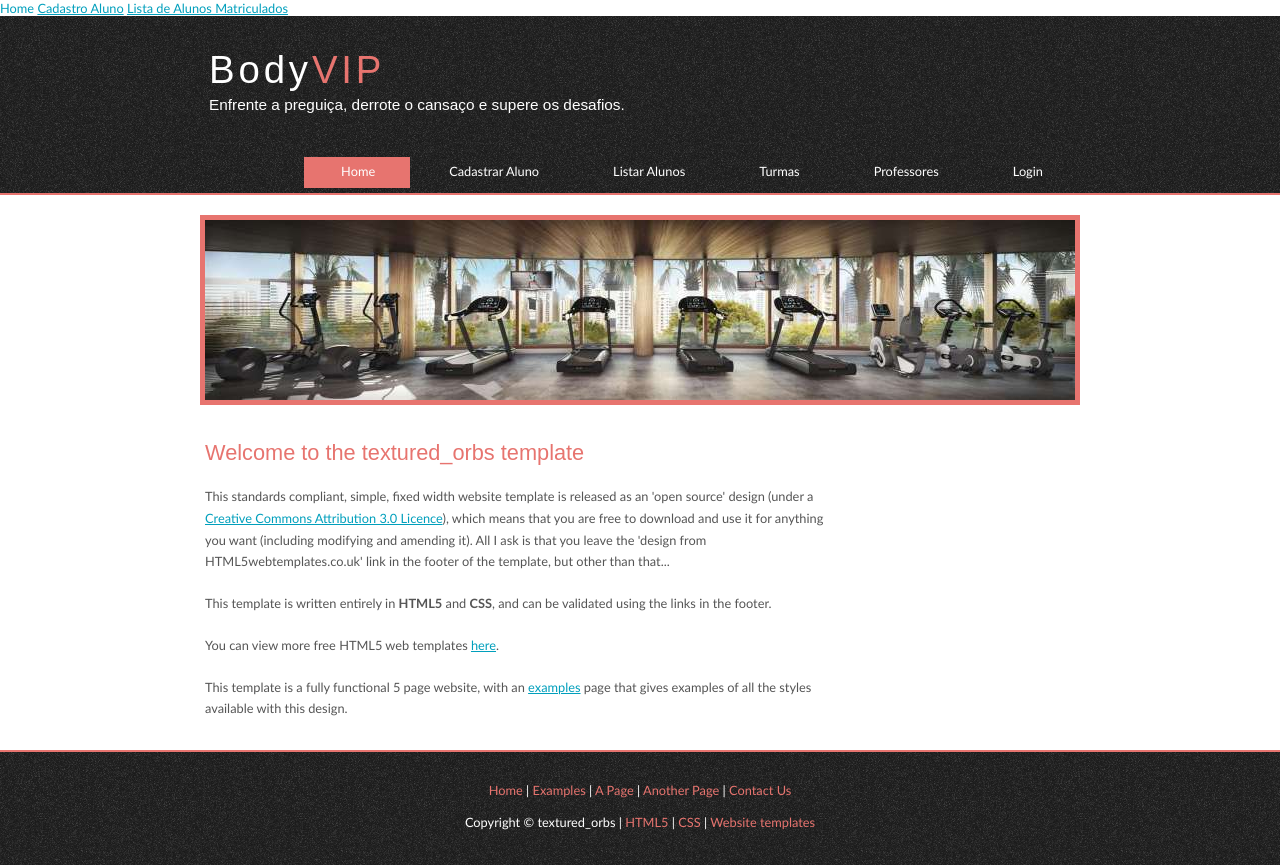
Repository: Thais-Ferreira/Projeto_bodyVIP
Page: http://localhost/BodyVIP/home.jsp
These files come from the project's save history. The page is drawn as it stood at one moment and after the next save; the edit follows.
The browser window is 1280 px wide. The pictures show the whole page.
The page is served by Tomcat 9. Other server files are loaded and not shown.

Above is the page before, as saved 2017-06-18 23:26:00.

### BodyVIP/WebContent/home.jsp
<%@ page language="java" contentType="text/html; charset=ISO-8859-1"
    pageEncoding="ISO-8859-1"%>
<!DOCTYPE html PUBLIC "-//W3C//DTD HTML 4.01 Transitional//EN" "http://www.w3.org/TR/html4/loose.dtd">
<html>
<head>
	<meta http-equiv="Content-Type" content="text/html; charset=ISO-8859-1">
	<link rel="stylesheet" type="text/css" href="css/style.css" />
	<title>Home</title>
</head>
<body>
	<jsp:include page="cabecalho.jsp"></jsp:include>
	<div id="main">
    <div id="header">
      <div id="logo">
        <div id="logo_text">
          <!-- class="logo_colour", allows you to change the colour of the text -->
          <h1><a href="index.html">Body<span class="logo_colour">VIP</span></a></h1>
          <h2>Enfrente a preguiça, derrote o cansaço e supere os desafios.</h2>
        </div>
      </div>
      <div id="menubar">
        <ul id="menu">
          <!-- put class="selected" in the li tag for the selected page - to highlight which page you're on -->
          <li class="selected"><a href="index.html">Home</a></li>
          <li><a href="AlunoController?acao=cadastro">Cadastrar Aluno</a></li>
          <li><a href="AlunoController?acao=buscaLista">Listar Alunos</a></li>
          <li><a href="page.html">Turmas</a></li>
          <li><a href="another_page.html">Professores</a></li>
          <li><a href="contact.html">Login</a></li>
        </ul>
      </div>
    </div>
    <div id="content_header"></div>
    <div id="site_content">
      <div id="banner"></div>

      <div id="content">
        <!-- insert the page content here -->
        <h1>Welcome to the textured_orbs template</h1>
        <p>This standards compliant, simple, fixed width website template is released as an 'open source' design (under a <a href="http://creativecommons.org/licenses/by/3.0">Creative Commons Attribution 3.0 Licence</a>), which means that you are free to download and use it for anything you want (including modifying and amending it). All I ask is that you leave the 'design from HTML5webtemplates.co.uk' link in the footer of the template, but other than that...</p>
        <p>This template is written entirely in <strong>HTML5</strong> and <strong>CSS</strong>, and can be validated using the links in the footer.</p>
        <p>You can view more free HTML5 web templates <a href="http://www.html5webtemplates.co.uk">here</a>.</p>
        <p>This template is a fully functional 5 page website, with an <a href="examples.html">examples</a> page that gives examples of all the styles available with this design.</p>
      </div>
    </div>
    <div id="content_footer"></div>
    <div id="footer">
      <p><a href="index.html">Home</a> | <a href="examples.html">Examples</a> | <a href="page.html">A Page</a> | <a href="another_page.html">Another Page</a> | <a href="contact.html">Contact Us</a></p>
      <p>Copyright &copy; textured_orbs | <a href="http://validator.w3.org/check?uri=referer">HTML5</a> | <a href="http://jigsaw.w3.org/css-validator/check/referer">CSS</a> | <a href="http://www.html5webtemplates.co.uk">Website templates</a></p>
    </div>
  </div>
</body>
</html>

### BodyVIP/WebContent/cabecalho.jsp
<%@ page language="java" contentType="text/html; charset=ISO-8859-1"
    pageEncoding="ISO-8859-1"%>
<!DOCTYPE html PUBLIC "-//W3C//DTD HTML 4.01 Transitional//EN" "http://www.w3.org/TR/html4/loose.dtd">
<html>
<head>
<meta http-equiv="Content-Type" content="text/html; charset=ISO-8859-1">
<title>Cabeçalho</title>
</head>
<body>
	<a href="home.jsp">Home</a>
	<a href="AlunoController?acao=cadastro">Cadastro Aluno</a>
	<a href="AlunoController?acao=buscaLista">Lista de Alunos Matriculados</a>
</body>
</html>

### BodyVIP/WebContent/css/style.css
@CHARSET "ISO-8859-1";

html
{ height: 100%;}

*
{ margin: 0;
  padding: 0;}

body
{ font: normal .80em 'trebuchet ms', arial, sans-serif;
  background: #FFF;
  color: #555;}

p
{ padding: 0 0 20px 0;
  line-height: 1.7em;}

img
{ border: 0;}

h1, h2, h3, h4, h5, h6
{ color: #E7746F;
  letter-spacing: 0em;
  padding: 0 0 5px 0;}

h1, h2, h3
{ font: normal 170% 'century gothic', arial;
  margin: 0 0 15px 0;
  padding: 15px 0 5px 0;}

h2
{ font-size: 160%;
  padding: 9px 0 5px 0;}

h3
{ font-size: 140%;
  padding: 5px 0 0 0;}

h4, h6
{ color: #009FBC;
  padding: 0 0 5px 0;
  font: normal 110% arial;
  text-transform: uppercase;}

h5, h6
{ color: #888;
  font: normal 95% arial;
  letter-spacing: normal;
  padding: 0 0 15px 0;}

a, a:hover
{ outline: none;
  text-decoration: underline;
  color: #009FBC;}

a:hover
{ text-decoration: none;}

blockquote
{ margin: 20px 0;
  padding: 10px 20px 0 20px;
  border: 1px solid #E5E5DB;
  background: #FFF;}

ul
{ margin: 2px 0 22px 17px;}

ul li
{ list-style-type: circle;
  margin: 0 0 6px 0;
  padding: 0 0 4px 5px;
  line-height: 1.5em;}

ol
{ margin: 8px 0 22px 20px;}

ol li
{ margin: 0 0 11px 0;}

.left
{ float: left;
  width: auto;
  margin-right: 10px;}

.right
{ float: right;
  width: auto;
  margin-left: 10px;}

.center
{ display: block;
  text-align: center;
  margin: 20px auto;}

#main, #logo, #menubar, #site_content, #footer
{ margin-left: auto;
  margin-right: auto;}

#header
{ background: #1d1d1d url(pattern.png) repeat;
  border-bottom: 2px solid #E7746F;
  height: 177px;}

#banner
{ background: transparent url(banner.jpg) no-repeat;
  width: 870px;
  height: 180px;
  margin-bottom: 20px;
  border: 5px solid #E7746F;}

#logo
{ width: 880px;
  position: relative;
  height: 140px;
  background: transparent;}

#logo #logo_text
{ position: absolute;
  top: 10px;
  left: 0;}

#logo h1, #logo h2
{ font: normal 300% 'century gothic', arial, sans-serif;
  border-bottom: 0;
  text-transform: none;
  margin: 0 0 0 9px;}

#logo_text h1, #logo_text h1 a, #logo_text h1 a:hover
{ padding: 22px 0 0 0;
  color: #FFF;
  letter-spacing: 0.1em;
  text-decoration: none;}

#logo_text h1 a .logo_colour
{ color: #E7746F;}

#logo_text a:hover .logo_colour
{ color: #FFF;}

#logo_text h2
{ font-size: 120%;
  padding: 4px 0 0 0;
  color: #FFF;}

#menubar
{ width: 880px;
  height: 46px;}

ul#menu
{ float: right;
  margin: 0;}

ul#menu li
{ float: left;
  padding: 0 0 0 9px;
  list-style: none;
  margin: 1px 2px 0 0;
  background: transparent;}

ul#menu li a
{ font: normal 100% 'trebuchet ms', sans-serif;
  display: block;
  float: left;
  height: 20px;
  padding: 6px 35px 5px 28px;
  text-align: center;
  color: #FFF;
  text-decoration: none;
  background: transparent;}

ul#menu li.selected a
{ height: 20px;
  padding: 6px 35px 5px 28px;}

ul#menu li.selected
{ margin: 1px 2px 0 0;
  background: #E7746F;}

ul#menu li.selected a, ul#menu li.selected a:hover
{ background: #E7746F;
  color: #FFF;}

ul#menu li a:hover
{ color: #FFF;
  background: #E7746F;}

#site_content
{ width: 880px;
  overflow: hidden;
  margin: 20px auto 0 auto;
  padding: 0 0 10px 0;}

#sidebar_container
{ float: right;
  width: 224px;}

.sidebar_top
{ width: 222px;
  height: 14px;
  background: transparent url(side_top.png) no-repeat;}

.sidebar_base
{ width: 222px;
  height: 14px;
  background: url(side_base.png) no-repeat;}

.sidebar
{ float: right;
  width: 222px;
  padding: 0;
  margin: 0 0 16px 0;}

.sidebar_item
{ background: url(side_back.png) repeat-y;
  padding: 0 15px;
  width: 192px;}

.sidebar li a.selected
{ color: #444;}

.sidebar ul
{ margin: 0;}

#content
{ text-align: left;
  width: 620px;
  padding: 0 0 0 5px;
  float: left;}

#content ul
{ margin: 2px 0 22px 0px;}

#content ul li, .sidebar ul li
{ list-style-type: none;
  background: url(bullet.png) no-repeat;
  margin: 0 0 0 0;
  padding: 0 0 4px 25px;
  line-height: 1.5em;}

#footer
{ width: 100%;
  font-family: 'trebuchet ms', sans-serif;
  font-size: 100%;
  height: 80px;
  padding: 28px 0 5px 0;
  text-align: center;
  background: transparent url(pattern.png) repeat;
  border-top: 2px solid #E7746F;
  color: #FFF;}

#footer p
{ line-height: 1.7em;
  padding: 0 0 10px 0;}

#footer a
{ color: #E7746F;
  text-decoration: none;}

#footer a:hover
{ color: #FFF;
  text-decoration: none;}

.search
{ color: #5D5D5D;
  border: 1px solid #BBB;
  width: 134px;
  padding: 4px;
  font: 100% arial, sans-serif;}

.form_settings
{ margin: 15px 0 0 0;}

.form_settings p
{ padding: 0 0 4px 0;}

.form_settings span
{ float: left;
  width: 200px;
  text-align: left;}

.form_settings input, .form_settings textarea
{ padding: 5px;
  width: 299px;
  font: 100% arial;
  border: 1px solid #E5E5DB;
  background: #FFF;
  color: #47433F;}

.form_settings .submit
{ font: 100% arial;
  border: 0;
  width: 99px;
  margin: 0 0 0 212px;
  height: 33px;
  padding: 2px 0 3px 0;
  cursor: pointer;
  background: #E7746F;
  color: #FFF;}

.form_settings textarea, .form_settings select
{ font: 100% arial;
  width: 299px;}

.form_settings select
{ width: 310px;}

.form_settings .checkbox
{ margin: 4px 0;
  padding: 0;
  width: 14px;
  border: 0;
  background: none;}

.separator
{ width: 100%;
  height: 0;
  border-top: 1px solid #D9D5CF;
  border-bottom: 1px solid #FFF;
  margin: 0 0 20px 0;}

table
{ margin: 10px 0 30px 0;}

table tr th, table tr td
{ background: #E7746F;
  color: #FFF;
  padding: 7px 4px;
  text-align: left;}

table tr td
{ background: #E5E5DB;
  color: #47433F;
  border-top: 1px solid #FFF;}

After the next save:
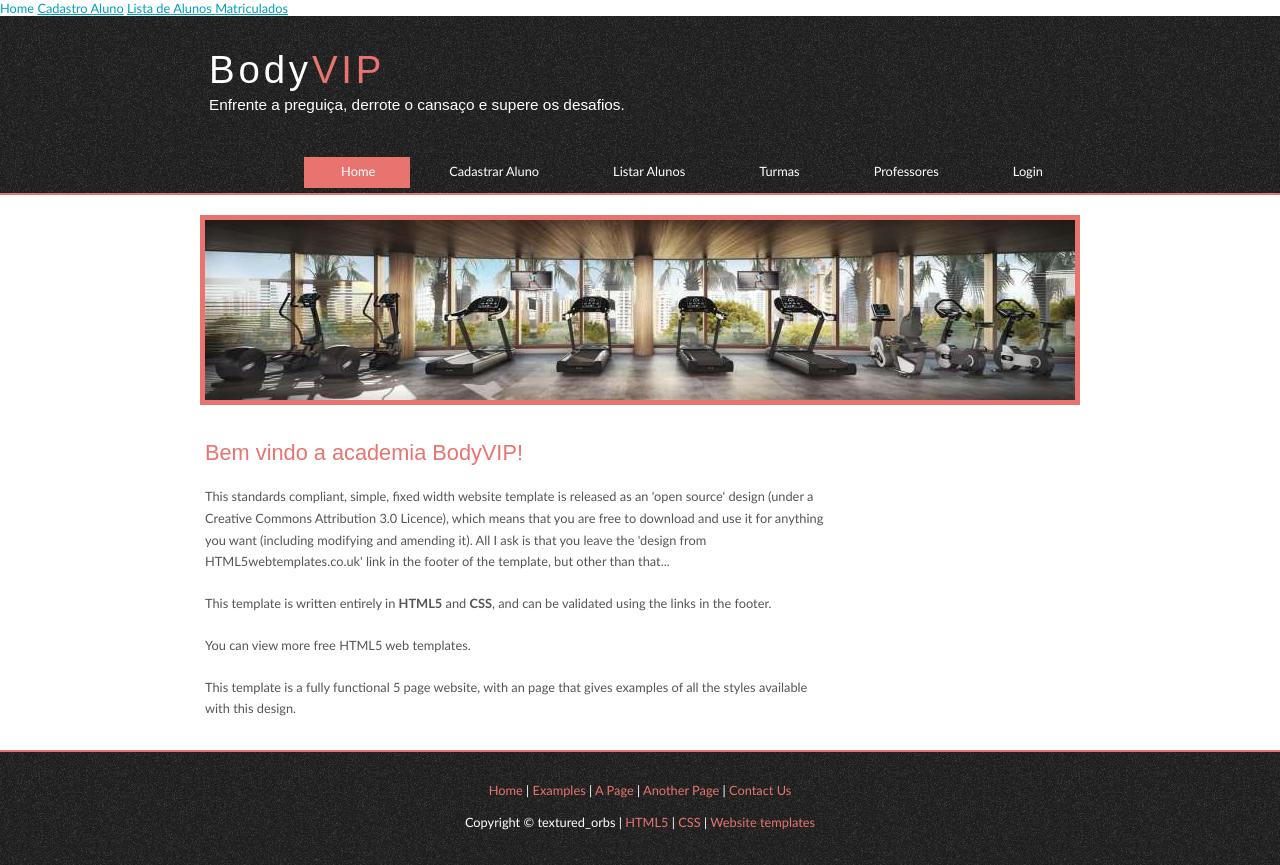
Saved 3 min 17 s later.
--- a/BodyVIP/WebContent/home.jsp
+++ b/BodyVIP/WebContent/home.jsp
@@ -36,11 +36,11 @@
 
       <div id="content">
         <!-- insert the page content here -->
-        <h1>Welcome to the textured_orbs template</h1>
-        <p>This standards compliant, simple, fixed width website template is released as an 'open source' design (under a <a href="http://creativecommons.org/licenses/by/3.0">Creative Commons Attribution 3.0 Licence</a>), which means that you are free to download and use it for anything you want (including modifying and amending it). All I ask is that you leave the 'design from HTML5webtemplates.co.uk' link in the footer of the template, but other than that...</p>
+        <h1>Bem vindo a academia BodyVIP!</h1>
+        <p>This standards compliant, simple, fixed width website template is released as an 'open source' design (under a Creative Commons Attribution 3.0 Licence), which means that you are free to download and use it for anything you want (including modifying and amending it). All I ask is that you leave the 'design from HTML5webtemplates.co.uk' link in the footer of the template, but other than that...</p>
         <p>This template is written entirely in <strong>HTML5</strong> and <strong>CSS</strong>, and can be validated using the links in the footer.</p>
-        <p>You can view more free HTML5 web templates <a href="http://www.html5webtemplates.co.uk">here</a>.</p>
-        <p>This template is a fully functional 5 page website, with an <a href="examples.html">examples</a> page that gives examples of all the styles available with this design.</p>
+        <p>You can view more free HTML5 web templates.</p>
+        <p>This template is a fully functional 5 page website, with an page that gives examples of all the styles available with this design.</p>
       </div>
     </div>
     <div id="content_footer"></div>
